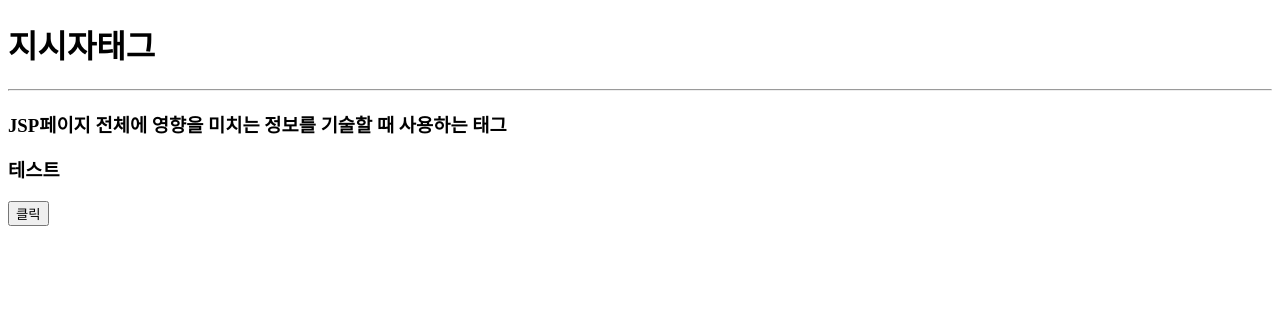
Repository: ParkHyeonju12/servlet
Page: http://localhost/04_jspProject/jsp/directiveTag.jsp
The author's editor kept a copy of each file at every save. The page is drawn from the files as they stood at one save, then again after the next save.
The browser window is 1280 px wide. The pictures show the whole page.
The page is served by Tomcat 9.

Above is the page before, as saved 2022-08-30 06:02:27.

### web-workspace/04_jspProject/src/main/webapp/jsp/directiveTag.jsp
<%@ page language="java" contentType="text/html; charset=UTF-8"
    pageEncoding="UTF-8"%>
    <%-- 해당 클래스에서 사용하고싶은 클래스를 import할 때 지시자 태그 사용--%>
    <%@ page import = "java.util.ArrayList" %>
<!DOCTYPE html>
<html>
<head>
<meta charset="UTF-8">
<title>Insert title here</title>
</head>
<body>
	<h1>지시자태그</h1>
	<hr>
	<h3>JSP페이지 전체에 영향을 미치는 정보를 기술할 때 사용하는 태그</h3>

	<h3>테스트</h3>
	<button onclick="func1();">클릭</button>
</body>
</html>

### web-workspace/04_jspProject/src/main/webapp/jsp/test.jsp
<%@ page language="java" contentType="text/html; charset=UTF-8"
    pageEncoding="UTF-8"%>

    <h2>쉬는시간에 뭐먹지? 1. 초코라떼 2. 블루레몬 3.레몬민트 4. 유자차</h2>

After the next save:
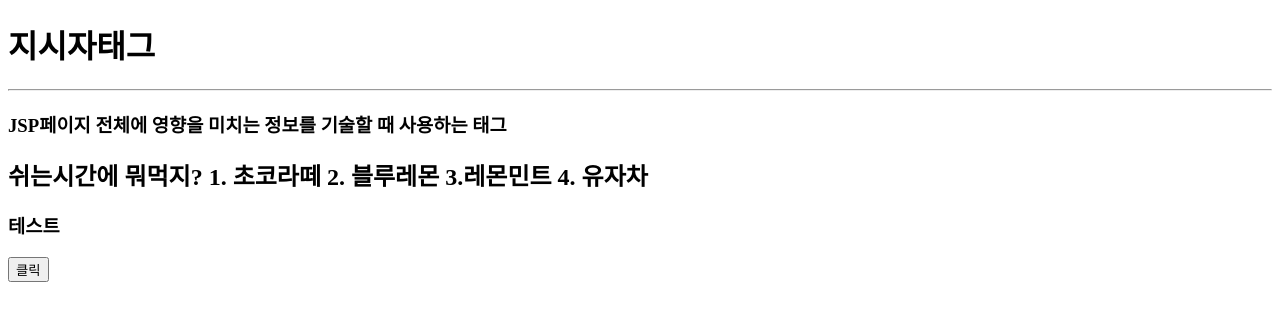
Saved 39 s later.
--- a/web-workspace/04_jspProject/src/main/webapp/jsp/directiveTag.jsp
+++ b/web-workspace/04_jspProject/src/main/webapp/jsp/directiveTag.jsp
@@ -12,7 +12,8 @@
 	<h1>지시자태그</h1>
 	<hr>
 	<h3>JSP페이지 전체에 영향을 미치는 정보를 기술할 때 사용하는 태그</h3>
-
+	<%-- 작성된 jsp 파일을 해당 페이지로 포함시키는 기능 --%>
+	<%@include file = "/jsp/test.jsp" %>
 	<h3>테스트</h3>
 	<button onclick="func1();">클릭</button>
 </body>
